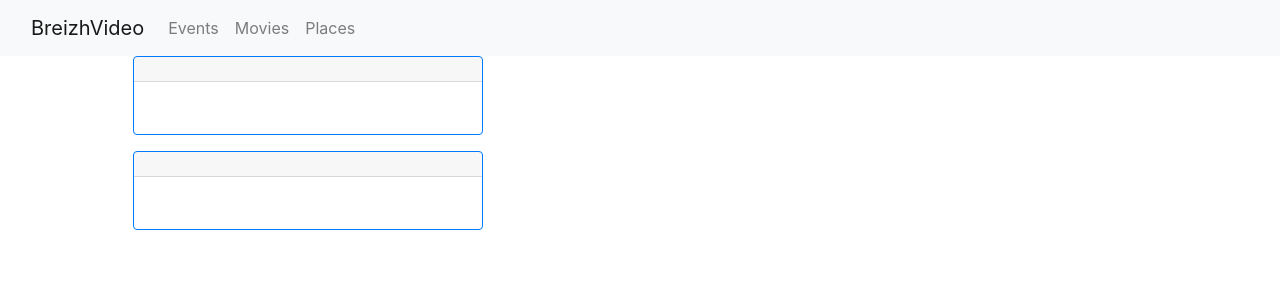
Repository: romgrm/Hackaton_BreizhVideo_FRONT
Page: /Movies
The author's editor kept a copy of each file at every save. The page is drawn from the files as they stood at one save, then again after a run of saves.
The browser window is 1280 px wide. The pictures show the whole page.
The page's requests for data from a server got no answer. The project was rebuilt for these pictures with package versions that can differ from the ones it lists, and the page was loaded fresh each time. No one was signed in, and anything a server would have sent is missing. Also part of the build but not shown: src/Components/Events.js, src/Components/Village.js.

Above is the page before, as saved 2020-12-21 16:18:09.

### src/index.js
import React from 'react';
import ReactDOM from 'react-dom';
import App from './App';
import {BrowserRouter} from 'react-router-dom'


ReactDOM.render(
  <BrowserRouter>
    <App />
  </BrowserRouter>,
  document.getElementById('root')
);

### src/App.js
import bootstrap from '../node_modules/bootstrap/dist/css/bootstrap.min.css'
import Header from './Components/Header'
import {Switch, Route} from 'react-router-dom'
import Films from './Components/Films'
import Events from './Components/Events';
import Village from './Components/Village';


function App() {
  return (
    <>
    <Header />
    <Switch>
      <Route path="/Events" component={Events} />
      <Route path="/Movies" component={Films} />
      <Route path="/Places" component={Village} />
      <Route path="/" />
    </Switch>
    </>
  );
}

export default App;

### src/Components/Header.js
import React from 'react'
import {Link} from 'react-router-dom'

export default function Header() {
    return (
        <nav className="navbar navbar-expand-lg navbar-light bg-light">
  <div className="container-fluid">
    <Link className="navbar-brand" to="/">BreizhVideo</Link>
    <button className="navbar-toggler" type="button" data-bs-toggle="collapse" data-bs-target="#navbarNav" aria-controls="navbarNav" aria-expanded="false" aria-label="Toggle navigation">
      <span className="navbar-toggler-icon"></span>
    </button>
    <div className="collapse navbar-collapse" id="navbarNav">
      <ul className="navbar-nav">
        <li className="nav-item">
          <Link className="nav-link" to="/Events">Events</Link>
        </li>
        <li className="nav-item">
          <Link className="nav-link" to="/Movies">Movies</Link>
        </li>
        <li className="nav-item">
          <Link className="nav-link" to="/Places">Places</Link>
        </li>
      </ul>
    </div>
  </div>
</nav>
    )
}

### src/Components/Films.js
import React, { useState, useEffect } from 'react'
import axios from 'axios'

export default function Films() {

    const [film, setFilm] = useState([]);

    useEffect(() => {

        async function fetchData() {

            const url1 = await axios('http://localhost:8080/Film');
            setFilm(url1.data)
            console.log(film)
            // const url2 = await axios('http://localhost:9090/Agence/' + id);
            // setDataAgence(url2.data)
        }

        fetchData();
    }, []);

    return (
        <div className="container">
            <div className="row">

            </div>

            <div class="card border-primary mb-3 mx-5" style={{width: 350}}>
                <div class="card-header">{film.map((current) => (
                    current.title
                    ))}</div>
                <div class="card-body text-primary">
                    <p class="card-title">{film.map((current ,index) => (
                    current.releaseYear
                    ))}</p>
                    <p class="card-text">{film.map((current) => (
                    current.description
                    ))}</p>
                </div>
            </div>
            <div class="card border-primary mb-3 mx-5" style={{width: 350}}>
                <div class="card-header">{film.map((current) => (
                    current.title
                    ))}</div>
                <div class="card-body text-primary">
                    <p class="card-title">{film.map((current ,index) => (
                    current.releaseYear
                    ))}</p>
                    <p class="card-text">{film.map((current) => (
                    current.description
                    ))}</p>
                </div>
            </div>
            </div>
    )
}

Loaded but not shown: public/index.html (common file)

After the next 2 saves:
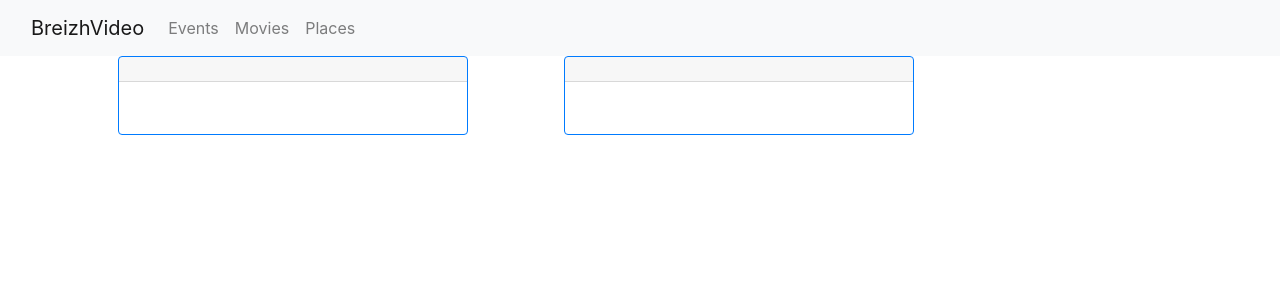
The 2 saves are shown as one change because they came seconds apart.
The last was saved 10 s later.
--- a/src/Components/Films.js
+++ b/src/Components/Films.js
@@ -23,34 +23,34 @@ export default function Films() {
         <div className="container">
             <div className="row">
 
-            </div>
 
-            <div class="card border-primary mb-3 mx-5" style={{width: 350}}>
-                <div class="card-header">{film.map((current) => (
-                    current.title
+                <div class="card border-primary mb-3 mx-5" style={{ width: 350 }}>
+                    <div class="card-header">{film.map((current) => (
+                        current.title
                     ))}</div>
-                <div class="card-body text-primary">
-                    <p class="card-title">{film.map((current ,index) => (
-                    current.releaseYear
-                    ))}</p>
-                    <p class="card-text">{film.map((current) => (
-                    current.description
-                    ))}</p>
+                    <div class="card-body text-primary">
+                        <p class="card-title">{film.map((current, index) => (
+                            current.releaseYear
+                        ))}</p>
+                        <p class="card-text">{film.map((current) => (
+                            current.description
+                        ))}</p>
+                    </div>
+                </div>
+                <div class="card border-primary mb-3 mx-5" style={{ width: 350 }}>
+                    <div class="card-header">{film.map((current) => (
+                        current.title
+                    ))}</div>
+                    <div class="card-body text-primary">
+                        <p class="card-title">{film.map((current, index) => (
+                            current.releaseYear
+                        ))}</p>
+                        <p class="card-text">{film.map((current) => (
+                            current.description
+                        ))}</p>
+                    </div>
                 </div>
             </div>
-            <div class="card border-primary mb-3 mx-5" style={{width: 350}}>
-                <div class="card-header">{film.map((current) => (
-                    current.title
-                    ))}</div>
-                <div class="card-body text-primary">
-                    <p class="card-title">{film.map((current ,index) => (
-                    current.releaseYear
-                    ))}</p>
-                    <p class="card-text">{film.map((current) => (
-                    current.description
-                    ))}</p>
-                </div>
-            </div>
-            </div>
+        </div>
     )
 }
